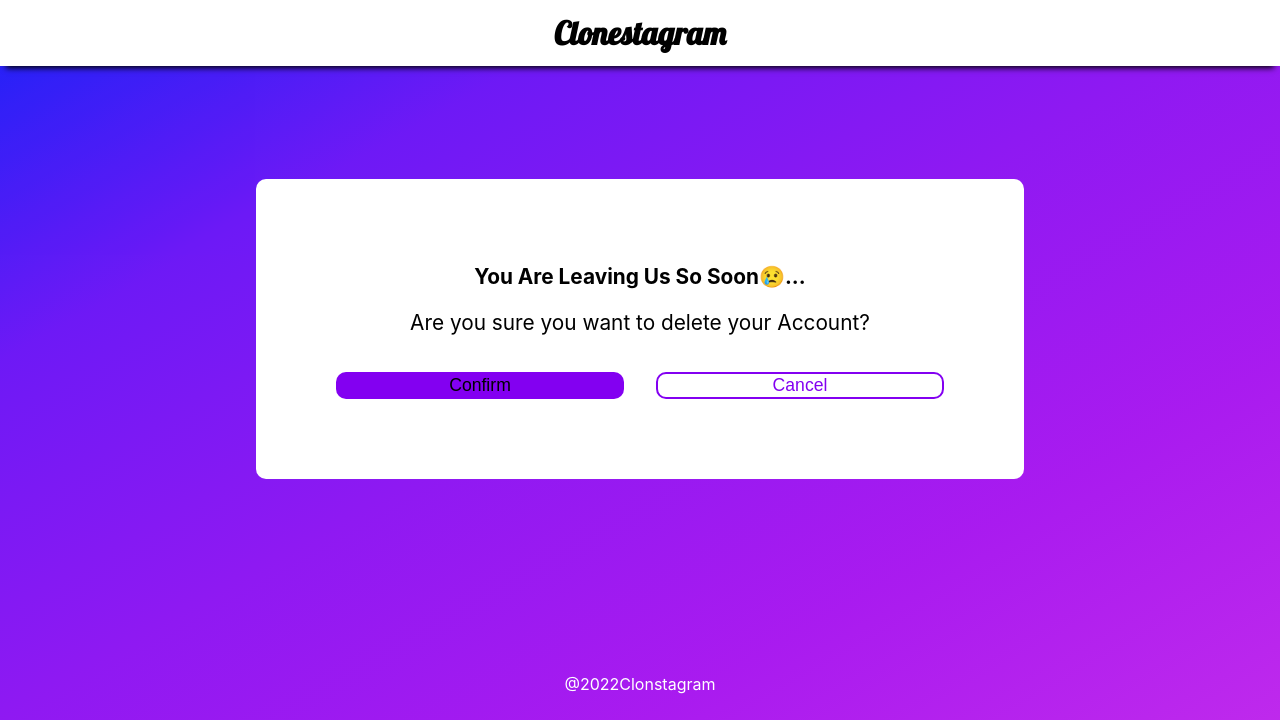
Repository: MikeMoore55/clonestagram
Page: /delaccount
These files come from the project's save history. The page is drawn as it stood at one moment and after the next save; the edit follows.
The browser window is 1280 px wide. The pictures show the whole page.
The page's requests for data from a server got no answer. The project was rebuilt for these pictures with package versions that can differ from the ones it lists, and the page was loaded fresh each time. The framework's server and built-in components were replaced by stand-ins that run in the browser. No one was signed in, and anything a server would have sent is missing. Also part of the build but not shown: next.config.js.

Above is the page before, as saved 2022-11-24 09:18:15.

### pages/_app.jsx
import Layout from '../components/Layout/Layout';
import '../styles/globals.css';

export default function MyApp({ Component, pageProps }) {
  return (
    <Layout>
      <Component {...pageProps} />
    </Layout>
  );
};

### pages/delaccount.jsx
import React from 'react';
import Link from 'next/link';
import Router,{useRouter} from 'next/router';
import { SupaBaseDB } from '../utils/dbconnect';
import { parseCookies } from '../helpers/cookie';
import styles from '../styles/DelAccount.module.css';
import Footer from '../components/Layout/Footer'

export default function DelAccount( { data } ) {
    const router = useRouter();
    const id = [data];
    function extractId(arr, prop) {
        const extractedValue = arr.map(item => item[prop]);
        return extractedValue;
    }

    const cookieId = extractId(id, 'user');
    const userId = cookieId.toString();

    console.log(userId);

    const delAccount = async () => {

        // delete the account of user
        const account = await SupaBaseDB
            .from("account")
            .delete()
            .eq("account_id", userId);

        // delete all the posts of user too
        const posts = await SupaBaseDB
            .from("posts")
            .delete()
            .eq("user_id", userId);

        if (account.error) {
            console.log(account.error['message']);
        }
        else if (posts.error) {
            console.log(posts.error["message"]);
        }
        else {
            console.log('account deleted successfully');
            router
                .push({
                    pathname: '/', // when successful take to the feed page
                });
        }
    }

    return (
        <div className={styles.container}>
            <div className={styles.block}>
                <h3 className={styles.heading1}>You Are Leaving Us So Soon😢...</h3>
                <p className={styles.text}>Are you sure you want to delete your Account?</p>
                <div className={styles.btnContainer}>
                    <button className={styles.confirm} onClick={() => delAccount()}>Confirm</button>
                    <button className={styles.cancel}><Link href={'/home'}>Cancel</Link></button>
                </div>
            </div>
            {/* for a cool background effect */}
            <div className={styles.backgroundFeature}>
                1
            </div>
            <Footer/>
        </div>
    );
};

export async function getServerSideProps({ req, res }) {
    const data = parseCookies(req);

    if (res) {
        if (Object.keys(data).length === 0 && data.constructor === Object) {
            res.writeHead(301, { Location: "/signin" });
            res.end();
        }
    }

    return {
        props: {
            data: data && data,
        }
    };
};

// del from supabase
// take to index page

### components/Layout/Layout.jsx
import React from 'react';
import Header from './Header';

// layout across app
export default function Layout({children}) {
  return (
    <div id='Layout'>
      <Header />
      {children}
    </div>
  );
};

### styles/globals.css
html,
body {
  padding: 0;
  margin: 0;
  font-family: -apple-system, BlinkMacSystemFont, Segoe UI, Roboto, Oxygen,
    Ubuntu, Cantarell, Fira Sans, Droid Sans, Helvetica Neue, sans-serif;
}

a {
  color: inherit;
  text-decoration: none;
}

* {
  box-sizing: border-box;
}

@media (prefers-color-scheme: dark) {
  html {
    color-scheme: dark;
  }

  body {
    color: black;
    background: rgb(234, 233, 233);
  }
}

### utils/dbconnect.js
import { createClient } from "@supabase/supabase-js";

const supabaseUrl = process.env.NEXT_PUBLIC_SUPABASE_URL;
const supabaseApi = process.env.NEXT_PUBLIC_SUPABASE_API_KEY;

export const SupaBaseDB = createClient(supabaseUrl, supabaseApi);

### helpers/cookie.js
import cookie from "cookie";

export function parseCookies(req) {
    return cookie.parse(req ? req.headers.cookie || "" : document.cookie)
}

### styles/DelAccount.module.css
.container {
    position: relative;
    width: 100%;
    padding-top: 25%;
}

.block {
    position: relative;
    width: 80%;
    margin: 20% 10% 5% 10%;
    text-align: center;
    background-color: white;
    border-radius: 10px;
    padding: 5% 5% 5% 5%;
}

.heading1 {
    position: relative;
    font-size: 1.5em;
}

.text {
    position: relative;
    font-size: 1.3em;
}

.btnContainer {
    position: relative;
    display: grid;
    grid-template-columns: 50% 50%;
}

.cancel {
    position: relative;
    width: 90%;
    margin: 5%;
    border: #8300f1 solid 2px;
    color: #8300f1;
    font-size: 1.1em;
    font-weight: 400;
    border-radius: 10px;
    background-color: white;
}

.confirm {
    position: relative;
    width: 90%;
    margin: 5%;
    background-color: #8300f1;
    border: none;
    border-radius: 10px;
    font-size: 1.1em;
    font-weight: 400;
}

.backgroundFeature {
    position: fixed;
    color: transparent;
    background-image: linear-gradient(to right bottom, #000bf8, #5e00f5, #8300f1, #a002ee, #b812eb);
    width: 100%;
    height: 100%;
    bottom: 0%;
    right: 0%;
    top: 0%;
    left: 0%;
    z-index: -1;
    opacity: 0.9;
}

@media (min-width: 490px) {
    .container {
        padding-top: 27%;
    }

    .block {
        width: 70%;
        margin: 20% 15% 5% 15%;
        padding: 5% 5% 5% 5%;
    }

    .heading1 {
        font-size: 2em;
    }

    .text {
        font-size: 1.7em;
    }

    .btnContainer {
        display: grid;
        grid-template-columns: 50% 50%;
    }

    .cancel {
        width: 90%;
        margin: 5%;
        font-size: 1.6em;
    }

    .confirm {
        width: 90%;
        margin: 5%;
        font-size: 1.6em;
    }

    .backgroundFeature {
        position: fixed;
        color: transparent;
        background-image: linear-gradient(to right bottom, #000bf8, #5e00f5, #8300f1, #a002ee, #b812eb);
        width: 100%;
        height: 100%;
        bottom: 0%;
        right: 0%;
        top: 0%;
        left: 0%;
        z-index: -1;
        opacity: 0.9;
    }
}

@media (min-width: 1000px) {
    .container {
        padding-top: 7%;
    }

    .block {
        width: 60%;
        margin: 7% 20% 5% 20%;
        padding: 5% 5% 5% 5%;
    }

    .heading1 {
        font-size: 1.3em;
    }

    .text {
        font-size: 1.3em;
    }

    .btnContainer {
        display: grid;
        grid-template-columns: 50% 50%;
    }

    .cancel {
        width: 90%;
        margin: 5%;
        font-size: 1.1em;
    }

    .confirm {
        width: 90%;
        margin: 5%;
        font-size: 1.1em;
    }

    .backgroundFeature {
        position: fixed;
        color: transparent;
        background-image: linear-gradient(to right bottom, #000bf8, #5e00f5, #8300f1, #a002ee, #b812eb);
        width: 100%;
        height: 100%;
        bottom: 0%;
        right: 0%;
        top: 0%;
        left: 0%;
        z-index: -1;
        opacity: 0.9;
    }
}

### components/Layout/Footer.jsx
import React from 'react';
import styles from '../../styles/Footer.module.css';

export default function Footer() {
    return (
        <footer className={styles.footer}>
            @2022Clonstagram
        </footer>
    );
};

### components/Layout/Header.jsx
import React from 'react';
import styles from '../../styles/Header.module.css';

export default function Header() {
    return (
        <header className={styles.header}>
            <h1>Clonestagram</h1>
        </header>
    );
};

### styles/Footer.module.css
.footer {
    position: fixed;
    bottom: 0%;
    left: 0%;
    right: 0%;
    width: 100%;
    text-align: center;
    color: white;
    padding: 2%;
}

@media (min-width: 490px) {
    .footer {
        font-size: 1.7em;
    }
}

@media (min-width: 1000px) {
    .footer {
        font-size: 1em;
    }
}

### styles/Header.module.css
@font-face {
    font-family: 'Lobster';
    src: url(../assets/Lobster/Lobster-Regular.ttf);
}

.header {
    position: fixed;
    top: 0%;
    left: 0%;
    right: 0%;
    width: 100%;
    text-align: center;
    background-color: white;
    box-shadow: 0 8px 6px -6px black;
    z-index: 5;
    margin: 0%;
    padding: 3.5%;
}

.header h1 {
    margin: 0%;
    padding: 0%;
    font-family: 'Lobster', cursive;
    color: black;
    font-weight: 800;
}


@media (min-width: 490px) {
    .header {
        padding: 3%;
    }

    .header h1 {
        font-size: 2.7em;
    }
}

@media (min-width: 1000px) {
    .header {
        padding: 1%;
    }

    .header h1 {
        font-size: 2em;
    }
}

After the next save:
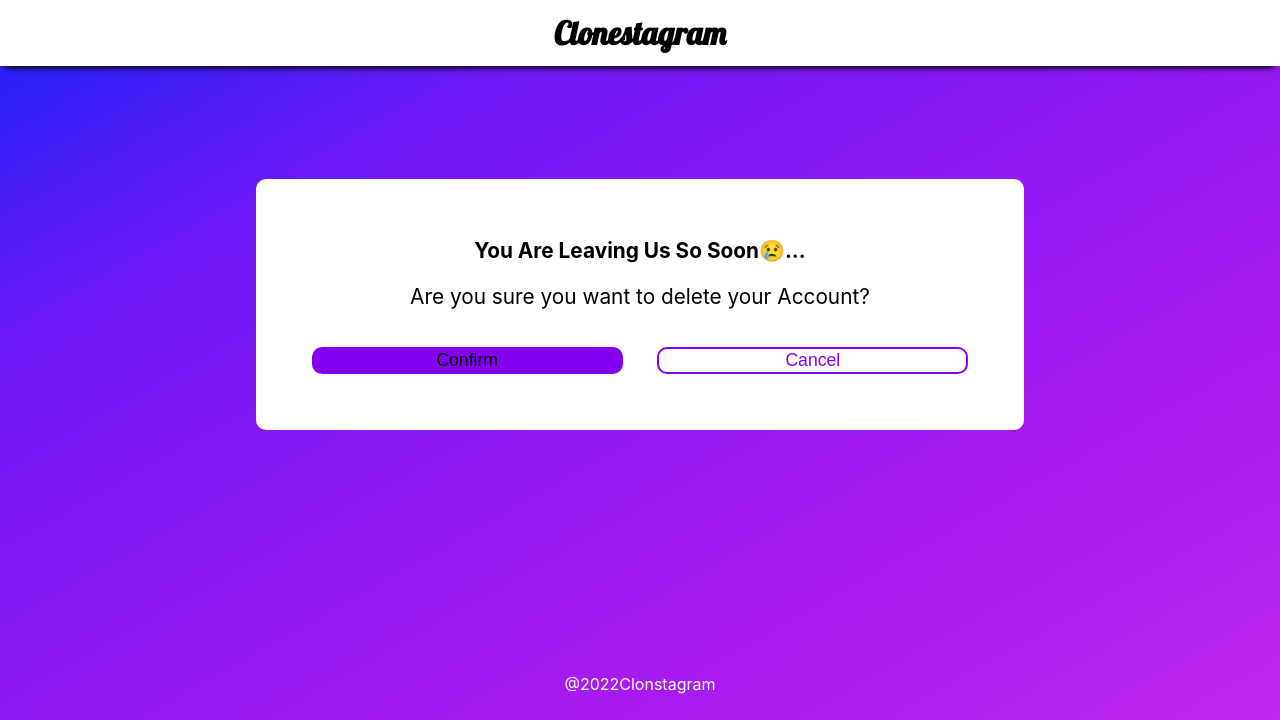
Saved 10 s later.
--- a/styles/DelAccount.module.css
+++ b/styles/DelAccount.module.css
@@ -126,7 +126,7 @@
     .block {
         width: 60%;
         margin: 7% 20% 5% 20%;
-        padding: 5% 5% 5% 5%;
+        padding: 3% 3% 3% 3%;
     }
 
     .heading1 {
